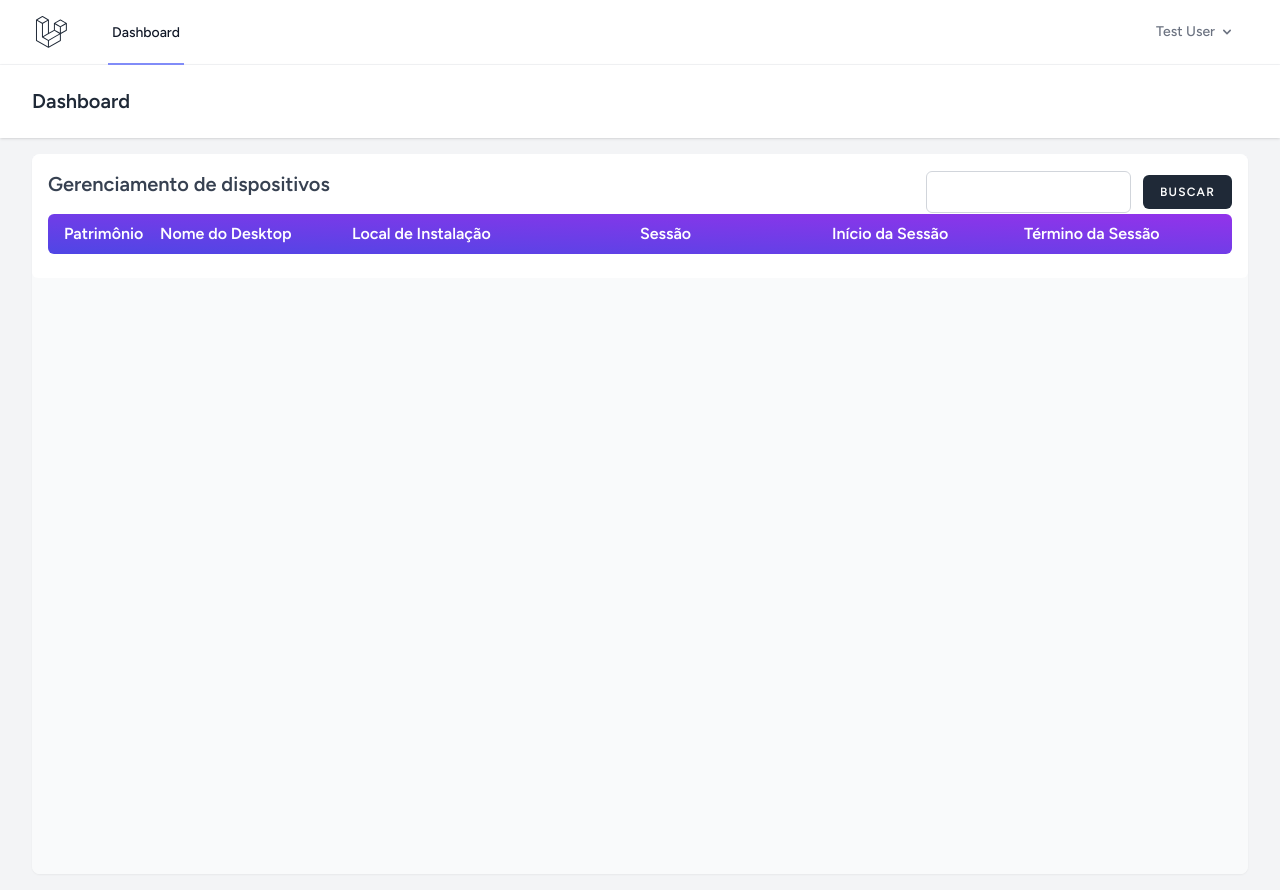
Repository: CrisMorgantee/device-logs
Page: http://localhost/dashboard
The author's editor kept a copy of each file at every save. The page is drawn from the files as they stood at one save, then again after the next save.
The browser window is 1280 px wide. The pictures show the whole page.
The page is served by the project's Laravel application, run on PHP 8.4 with Laravel 10. A made-up administrator, Test User (test@example.com), is signed in. Style sheets and scripts are compiled from the project's sources, by tool versions that may differ from the author's. Queries for data that is not in the repository find no rows.

Above is the page before, as saved 2023-04-14 23:37:43.

After the next save:
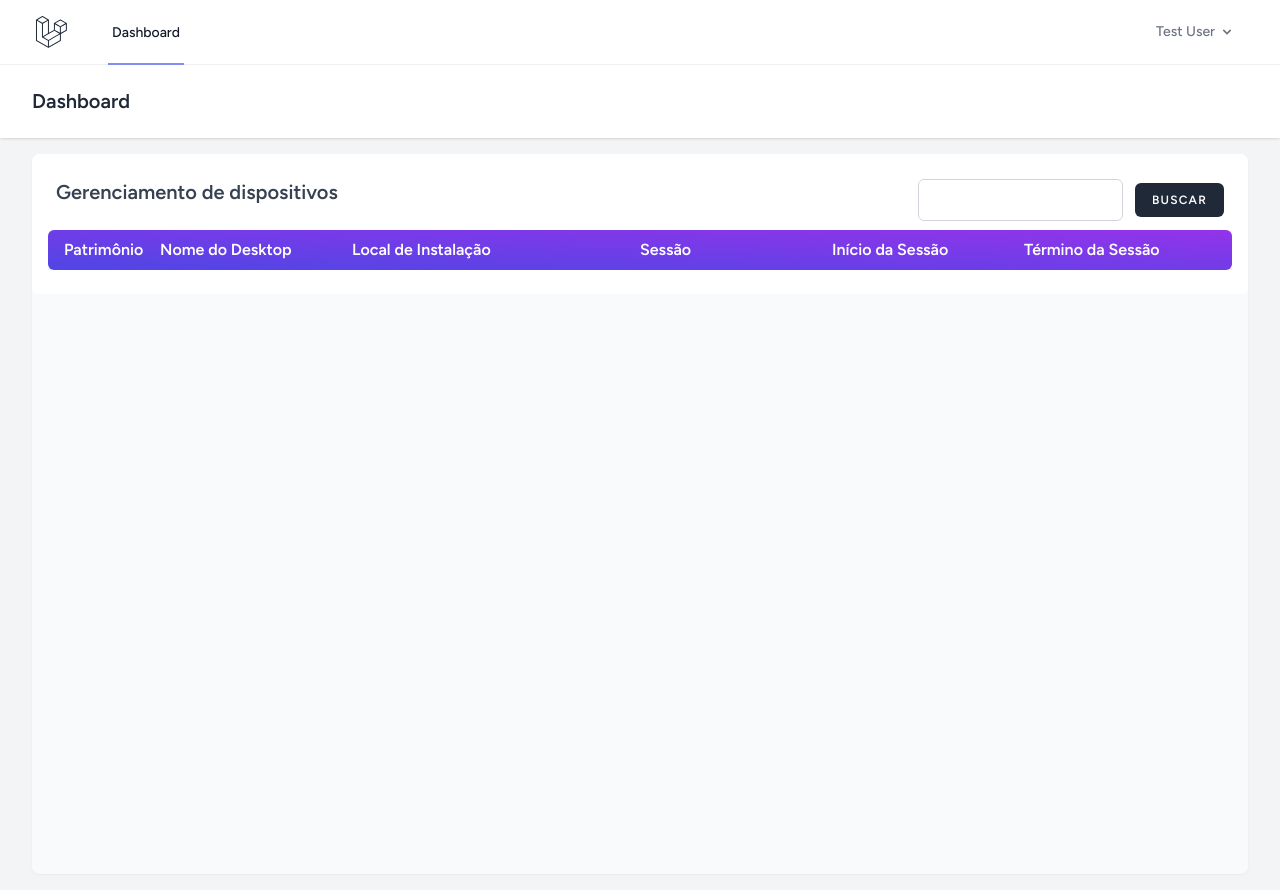
Saved 23 s later.
--- a/resources/views/dashboard.blade.php
+++ b/resources/views/dashboard.blade.php
@@ -10,7 +10,7 @@
       <div class="overflow-hidden bg-white shadow-sm sm:rounded-lg">
         <div class="min-h-screen bg-gray-50">
           <div class="rounded-md bg-white p-4">
-            <div class="flex justify-between">
+            <div class="flex justify-between p-2">
               <h2 class="mb-4 text-xl font-bold text-gray-700">Gerenciamento de dispositivos</h2>
 
               <div class="flex items-center justify-between">
